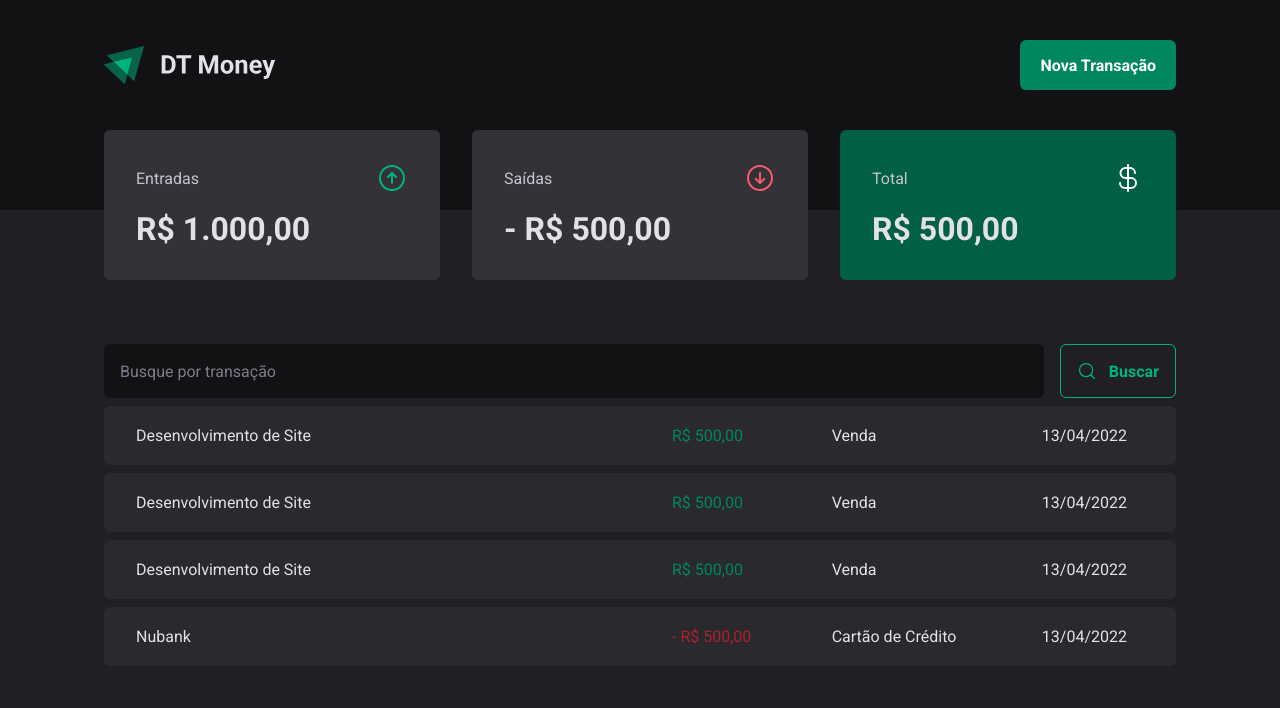
Repository: guilhermecardoso93/dtmoney-reactjs-ignite
Page: /
These files come from the project's save history. The page is drawn as it stood at one moment and after the next save; the edit follows.
The browser window is 1280 px wide. The pictures show the whole page.
The project was rebuilt for these pictures with package versions that can differ from the ones it lists, and the page was loaded fresh each time. Also part of the build but not shown: vite.config.ts.

Above is the page before, as saved 2022-08-15 21:45:51.

After the next save:
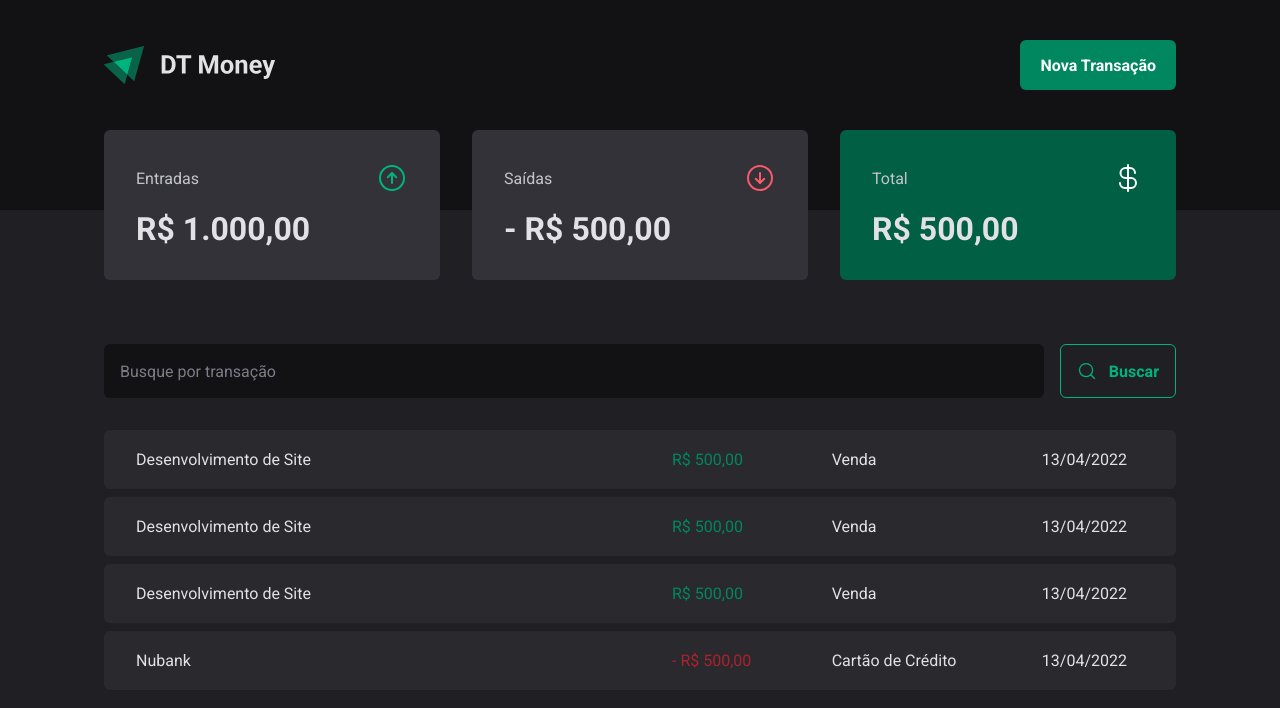
Saved 19 min 36 s later.
--- a/src/pages/Transactions/styles.ts
+++ b/src/pages/Transactions/styles.ts
@@ -11,7 +11,7 @@ export const TransactionTable = styled.table`
 width: 100%;
 border-collapse: separate;
 border-spacing: 0 0.5rem;
-//margin-top: 1.5rem;
+margin-top: 1.5rem;
 
 td {
   padding: 1.25rem 2rem;
